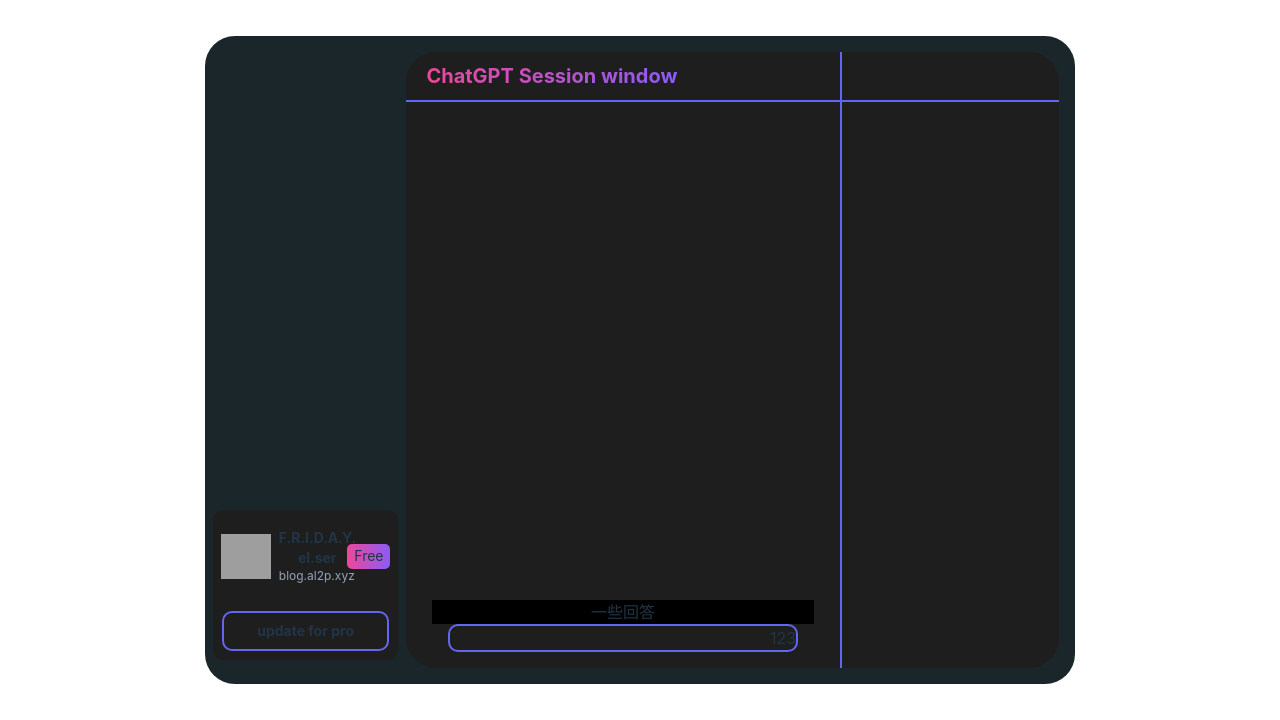
Repository: yezhonghu0503/chatgpt-vue-lac
Page: /
An editor plug-in stored every save of this project. The page is shown before and after the next save, followed by the edit.
The browser window is 1280 px wide. The pictures show the whole page.
Pictures or frames that could not be fetched are drawn as grey boxes. The project was rebuilt for these pictures with package versions that can differ from the ones it lists, and the page was loaded fresh each time. Also part of the build but not shown: vite.config.ts.

Above is the page before, as saved 2023-05-18 18:22:00.

### src/style.css
@tailwind base;
@tailwind components;
@tailwind utilities;

:root {
  font-family: Inter, system-ui, Avenir, Helvetica, Arial, sans-serif;
  line-height: 1.5;
  font-weight: 400;

  color-scheme: light dark;
  color: rgba(255, 255, 255, 0.87);
  /* background-color: #242424; */
  background-color: #8e989a;

  font-synthesis: none;
  text-rendering: optimizeLegibility;
  -webkit-font-smoothing: antialiased;
  -moz-osx-font-smoothing: grayscale;
  -webkit-text-size-adjust: 100%;
}

a {
  font-weight: 500;
  color: #646cff;
  text-decoration: inherit;
}

a:hover {
  color: #535bf2;
}

body {
  margin: 0;
  display: flex;
  place-items: center;
  min-width: 320px;
  min-height: 100vh;
}

h1 {
  font-size: 3.2em;
  line-height: 1.1;
}

button {
  border-radius: 8px;
  border: 1px solid transparent;
  padding: 0.6em 1.2em;
  font-size: 1em;
  font-weight: 500;
  font-family: inherit;
  background-color: #1a1a1a;
  cursor: pointer;
  transition: border-color 0.25s;
}

button:hover {
  border-color: #646cff;
}

button:focus,
button:focus-visible {
  outline: 4px auto -webkit-focus-ring-color;
}

input {
  border: none;
  background-color: transparent;
}

input[type="checkbox"]:checked,

input:focus {
  outline: none;
  background-color: transparent;
}

.card {
  padding: 2em;
}

#app {
  margin: 0 auto;
  padding: 2rem;
  text-align: center;
}

@media (prefers-color-scheme: light) {
  :root {
    color: #213547;
    background-color: #ffffff;
  }

  a:hover {
    color: #747bff;
  }

  button {
    background-color: #f9f9f9;
  }
}

### src/App.vue
<script setup lang="ts">
import chat from './pages/chat.vue';
</script>

<template>
  <chat />
</template>

<style scoped></style>

### src/pages/chat.vue
<template>
    <div class="w-[68vw] h-[90vh] bg-rg-chat-border rounded-[30px] flex justify-end p-4 pl-0">
        <chatMenu />
        <chatMain />

    </div>
</template>
<script lang="ts" setup>
import chatMain from '../components/chat-main/chatMain.vue';
import chatMenu from '../components/chat-menu/chatMenu.vue'
</script>
<style lang="less" scoped></style>

### src/components/chat-main/chatMain.vue
<template>
  <div class="w-[51vw] h-[100%] bg-rg-chat rounded-[30px] flex">
    <div class="flex flex-col w-[34vw] h-[100%] border-r-2 border-indigo-500">
      <div
        class="w-[100%] h-[50px] border-b-2 border-indigo-500 flex justify-start items-center p-5"
      >
        <span
          class="text-xl font-bold text-transparent bg-clip-text bg-gradient-to-r from-pink-500 to-violet-500"
          >ChatGPT Session window</span
        >
      </div>
      <div class="flex flex-col justify-end items-center w-[100%] h-[100%] p-4">
        <div class="w-[95%] bg-black">
          {{ msg }}
          <img src="" alt="" />
        </div>
        <div class="flex rounded-[10px] border-2 border-indigo-500">
          <input class="w-[25vw]" type="text" />
          <div>123</div>
        </div>
      </div>
    </div>
    <div class="w-[17vw] h-[50px] border-b-2 border-indigo-500"></div>
  </div>
</template>

<script lang="ts" setup>
const msg: string = "一些回答";
</script>

### src/components/chat-menu/chatMenu.vue
<template>
  <div class="w-[17vw] h-[100%] flex justify-center items-end p-2">
    <div
      class="w-[100%] h-[150px] bg-rg-chat flex flex-col justify-around items-center rounded-[10px]"
    >
      <div class="w-[100%] h-[75px] flex justify-between items-center p-2">
        <div class="flex items-center">
          <img
            class="w-[50px] h-[45px]"
            src="https://blog.al2p.xyz/upload/laclogo.png"
          />
          <div class="flex flex-col items-start ml-2">
            <div class="text-sm font-bold">F.R.I.D.A.Y. el.ser</div>
            <div class="text-xs text-slate-400">blog.al2p.xyz</div>
          </div>
        </div>
        <div
          class="flex justify-center rounded-[5px] text-sm items-center w-[60px] h-[25px] bg-gradient-to-r from-pink-500 to-violet-500"
        >
          Free
        </div>
      </div>
      <div
        class="text-sm flex items-center justify-center w-[13vw] h-[40px] rounded-[10px] border-2 border-indigo-500 font-bold"
      >
        update for pro
      </div>
    </div>
  </div>
</template>

<script lang="ts" setup></script>

<style lang="less" scoped></style>

### tailwind.config.js
/** @type {import('tailwindcss').Config} */
export default {
  content: [
    "./index.html",
    "./src/**/*.{vue,js,ts,jsx,tsx}",
  ],
  theme: {
    extend: {
      colors: {
        'rg-chat': 'rgb(30,30,30)',
        'rg-chat-border': 'rgb(27,38,42)'
      }
    }
  },
  plugins: [],
}

Loaded but not shown: index.html (common file); src/main.ts (common file)

After the next save:
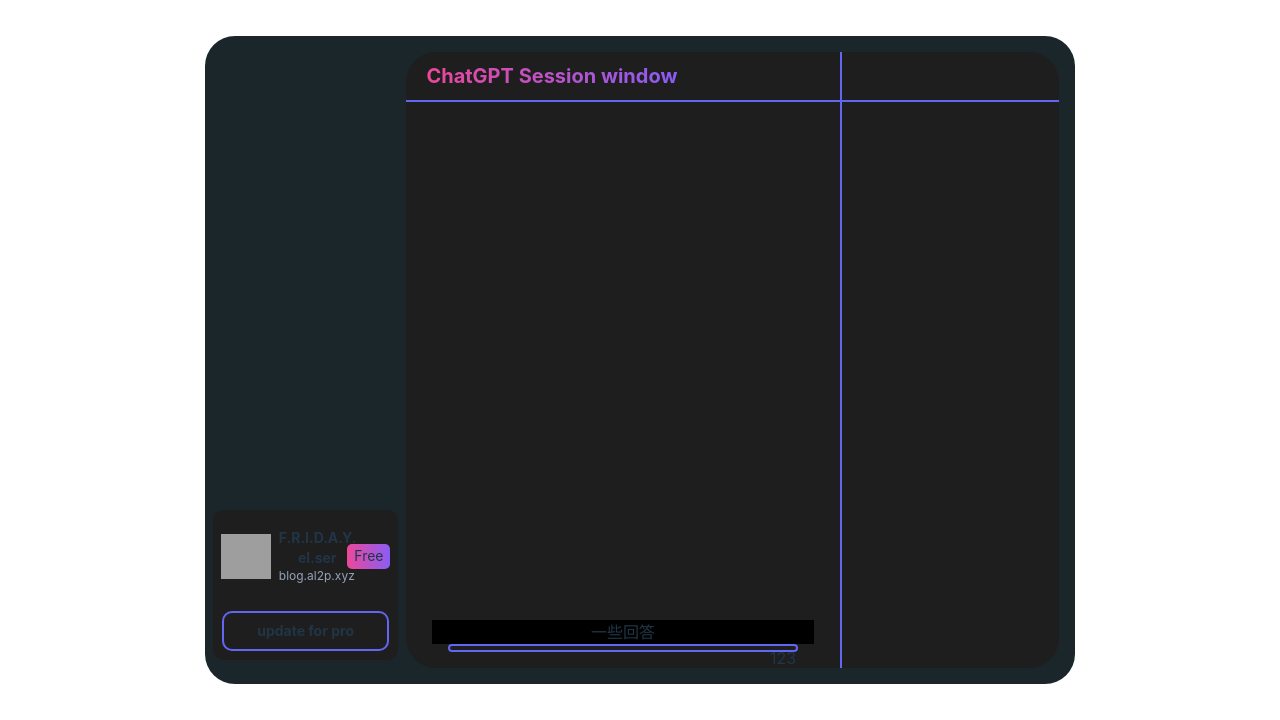
Saved 20 s later.
--- a/src/components/chat-main/chatMain.vue
+++ b/src/components/chat-main/chatMain.vue
@@ -14,7 +14,7 @@
           {{ msg }}
           <img src="" alt="" />
         </div>
-        <div class="flex rounded-[10px] border-2 border-indigo-500">
+        <div class="flex rounded-[10px] h-2 border-2 border-indigo-500">
           <input class="w-[25vw]" type="text" />
           <div>123</div>
         </div>
